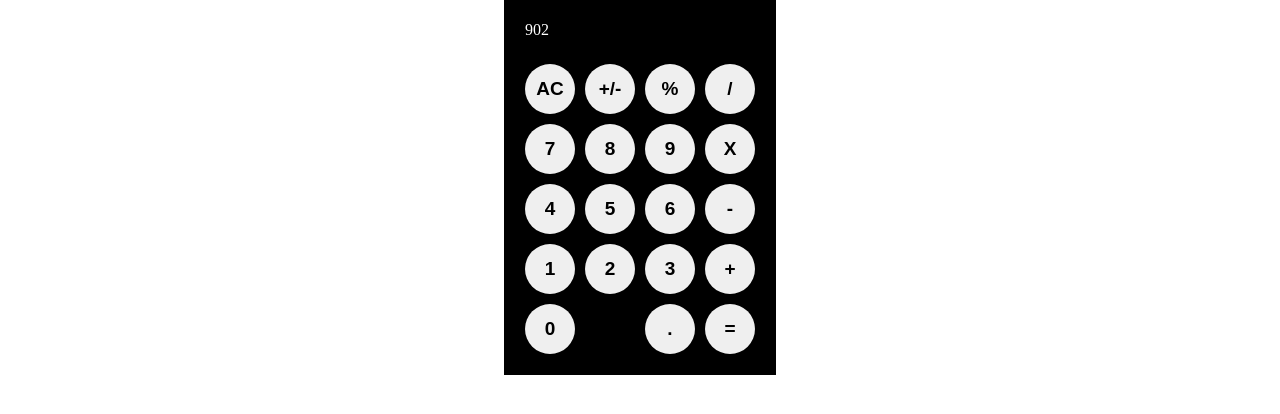
Repository: dmpelaez/calculator
Page: Calculator.html
An editor plug-in stored every save of this project. The page is shown before and after the next save, followed by the edit.
The browser window is 1280 px wide. The pictures show the whole page.

Above is the page before, as saved 2025-12-15 19:58:43.

After the next save:
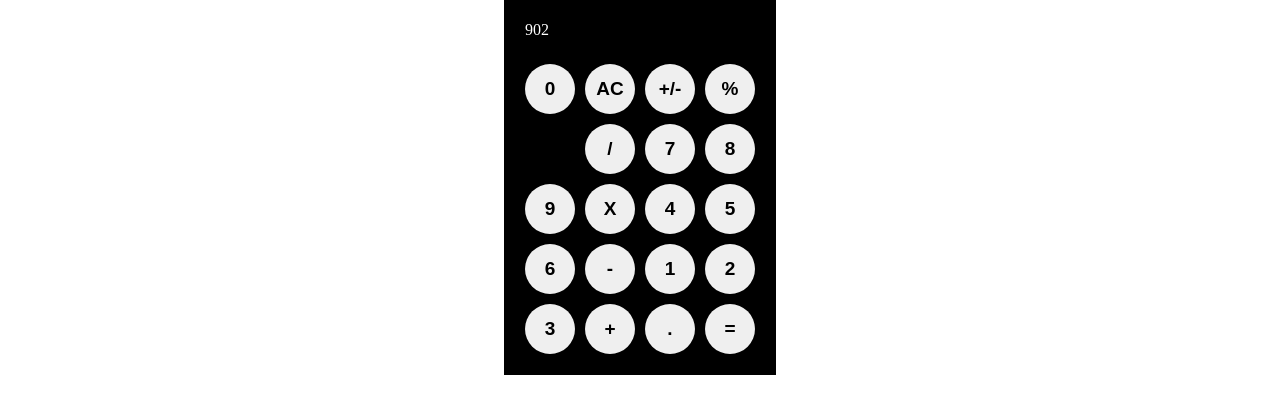
Saved 17 s later.
--- a/Calculator.css
+++ b/Calculator.css
@@ -37,5 +37,5 @@ background: black;
   Font-size: 19px;
 }
 .zero {
-  grid-column: 1 / 2 span;
+  grid-row: 1 / 2 span;
 }
